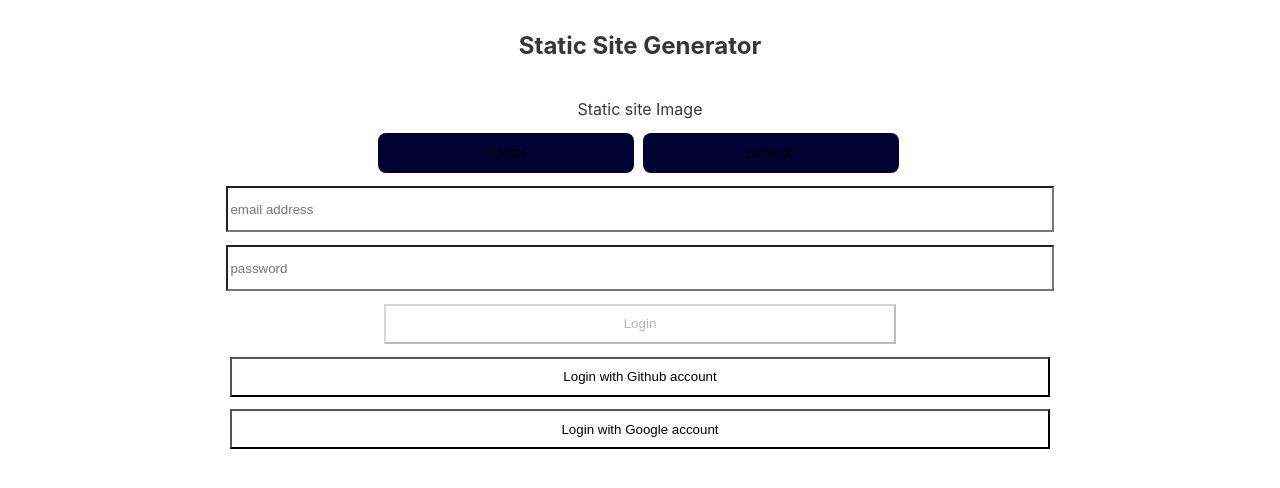
Repository: ValGrace/static-site-generator
Page: / (app in client-frontend/)
The author's editor kept a copy of each file at every save. The page is drawn from the files as they stood at one save, then again after the next save.
The browser window is 1280 px wide. The pictures show the whole page.
The project was rebuilt for these pictures with package versions that can differ from the ones it lists, and the page was loaded fresh each time. Also part of the build but not shown: client-frontend/vite.config.js, client-frontend/src/Components/Signup.jsx, client-frontend/src/App.css.

Above is the page before, as saved 2023-02-04 13:16:52.

### client-frontend/index.html
<!DOCTYPE html>
<html lang="en">
  <head>
    <meta charset="UTF-8" />
    <link rel="icon" type="image/svg+xml" href="/vite.svg" />
    <meta name="viewport" content="width=device-width, initial-scale=1.0" />
    <title>Static Site Generator</title>
  </head>
  <body>
    <div id="root"></div>
    <script type="module" src="/src/main.jsx"></script>
  </body>
</html>

### client-frontend/src/App.jsx
import Dashboard from './Pages/Dashboard'
import './App.css'

function App() {


  return (
    <div className="App">
      <Dashboard />
    </div>
  )
}

export default App

### client-frontend/src/index.css
:root {
  font-family: Inter, system-ui, Avenir, Helvetica, Arial, sans-serif;
  line-height: 1.5;
  font-weight: 400;

  color-scheme: light dark;
  color: rgba(24, 24, 24, 0.87);
  background-color: #ffffff;

  font-synthesis: none;
  text-rendering: optimizeLegibility;
  -webkit-font-smoothing: antialiased;
  -moz-osx-font-smoothing: grayscale;
  -webkit-text-size-adjust: 100%;
}

### client-frontend/src/Pages/Dashboard.jsx
import React, { useReducer} from 'react'
import Login from '../Components/Login'
import Signup from '../Components/Signup'

const initialState = {page : <Login />}
function reducer(state, action) {
    switch(action.type) {
        case 'loginpage':
          return { page: <Login />}
        case 'signuppage':
            return { page: <Signup />}
        default:
            return { page: <h2>Loading....</h2>}
    }
}
const Dashboard = () => {
    const [state, dispatch] = useReducer(reducer, initialState)
    return (
        <div className='dashboard'>
         <h2>Static Site Generator</h2>
         <div>Static site Image</div>
         <div className='dash' id='dash'>
            <div className='toggleForms'>
                <button onClick={() => dispatch({type: 'loginpage'})} className="type-btn">Login</button>
                <button onClick={() => dispatch({type: 'signuppage'})
                } className="type-btn">Signup</button>
                </div>
            <React.Fragment>{state.page}</React.Fragment>

            <button id="auth-btns">Login with Github account</button>
            <button id="auth-btns">Login with Google account</button>
         </div>
       </div>
    )
}

export default Dashboard

### client-frontend/src/Components/Login.jsx
import { useRef, useState } from 'react'
import "./Inputs.css"
const Login = () => {
    const emailRef = useRef()
    const passwordRef = useRef()
    const [loading, setLoading] = useState(true)
    const LoginSession = () => {

    }
    return (
    <form onSubmit={LoginSession} className="signupForm">
        <input type='email' placeholder='email address' ref={emailRef} />
        <input type='password' placeholder='password' ref={passwordRef} />
        <button disabled={loading} type='submit' id='sign'>Login</button>
    </form>
    )
}

export default Login

### client-frontend/src/Components/Inputs.css
form, #dash {
    width: 80vw;
}
.signupForm, .dash, .dashboard {
   display: flex;
   flex-direction: column;
   justify-content: center;
   align-items: center;
   gap: 0.8em;
}

input, button {
    width: 80%;
    height: 3em;
    background-color: transparent;
}

#sign {
   width: 40vw;
}

.toggleForms {
    display: grid;
    grid-template-columns: 50% 50%;
    gap: 0.4em;
    justify-content: center;
    align-items: center;
}

.type-btn {
    background-color: rgb(2, 2, 51);
    border: none;
    width: 20vw;
    border-radius: 8px;
    text-transform: uppercase;
}

Loaded but not shown: client-frontend/src/main.jsx (common file)

After the next save:
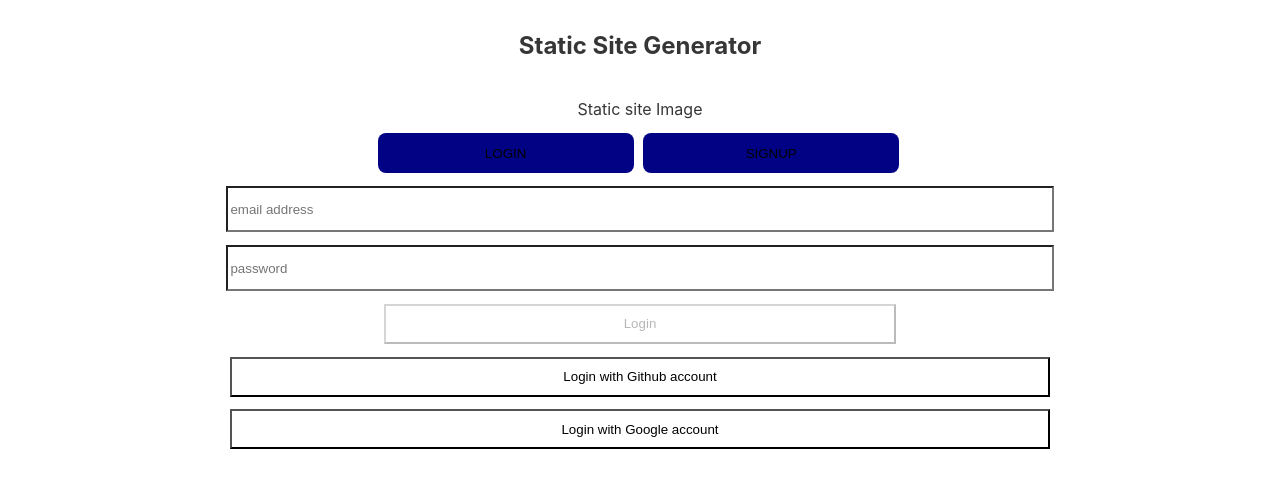
Saved 39 s later.
--- a/client-frontend/src/Components/Inputs.css
+++ b/client-frontend/src/Components/Inputs.css
@@ -28,9 +28,13 @@ input, button {
 }
 
 .type-btn {
-    background-color: rgb(2, 2, 51);
+    background-color: rgb(2, 2, 133);
     border: none;
     width: 20vw;
     border-radius: 8px;
     text-transform: uppercase;
 }
+
+.type-btn:hover {
+
+}
